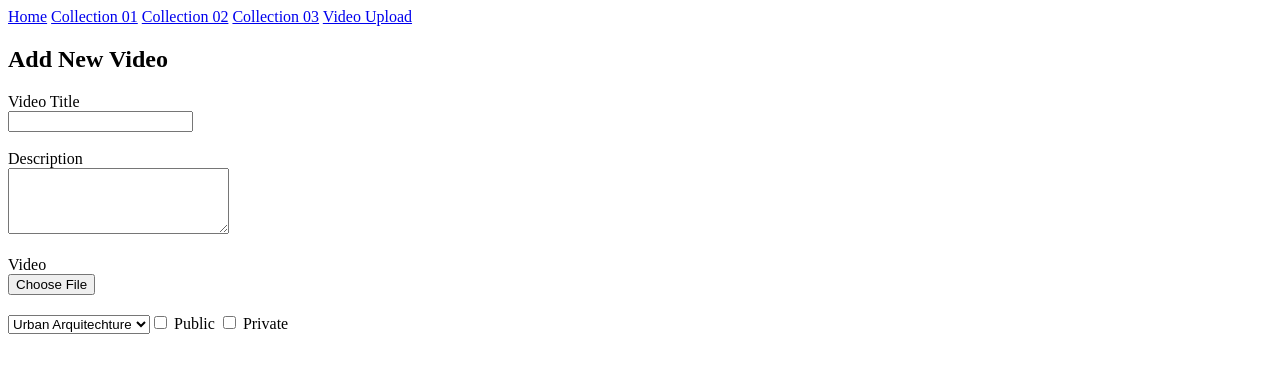
Repository: JoaoLemesDEV/Project-MyTube
Page: video_upload_page.html
The author's editor kept a copy of each file at every save. The page is drawn from the files as they stood at one save, then again after a run of saves.
The browser window is 1280 px wide. The pictures show the whole page.

Above is the page before, as saved 2021-10-10 21:29:22.

After the next 2 saves:
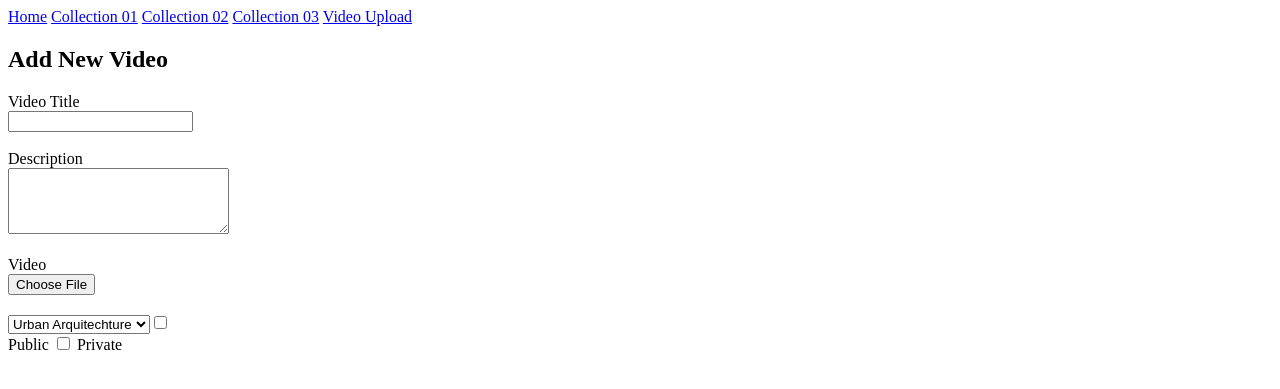
The 2 saves are shown as one change because they came seconds apart.
The last was saved 7 s later.
--- a/video_upload_page.html
+++ b/video_upload_page.html
@@ -26,8 +26,8 @@
   <option value="collection">Urban Arquitechture</option>
   <option value="collection">Coding Interviews</option>
   <option value="collection">Japan Aesthetic</option>
-  <br><input type="checkbox" name="checkbox" id="">
-  <label for="">Public</label>
+  <br><br><input type="checkbox" name="checkbox" id="">
+  <br><label for="">Public</label>
   <input type="checkbox" name="" id="">
   <label for="">Private</label>
 </select>
